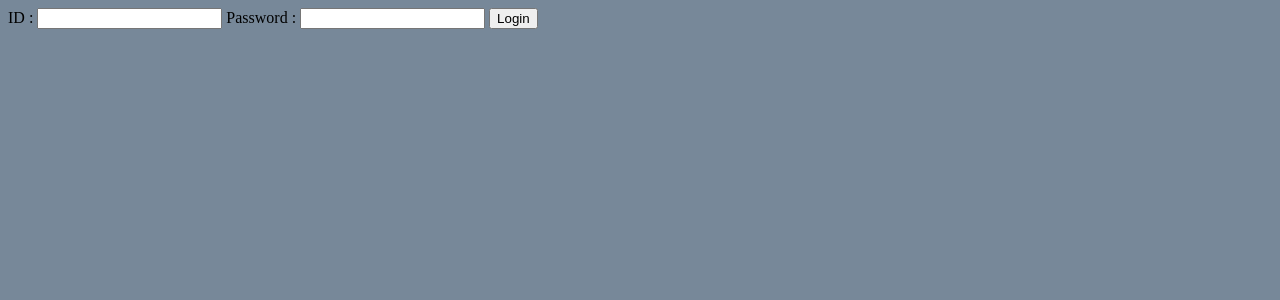
Repository: venkatasanthoshpamuru/Advance_Java_Projects
Page: First_JSP/src/main/webapp/Form.html
The author's editor kept a copy of each file at every save. The page is drawn from the files as they stood at one save, then again after the next save.
The browser window is 1280 px wide. The pictures show the whole page.

Above is the page before, as saved 2024-03-09 06:39:55.

### First_JSP/src/main/webapp/Form.html
<!DOCTYPE html>
<html>
  <head>
    <title>First JSP</title>
  </head>
  <body bgcolor="#789">
    <form method="post" action="">
     <label>ID : </label>
     <input type="text" name="userid" id="userid" required/>
     <label>Password : </label>
     <input type="password" name="password" id="password" required/>
     <button type="submit">Login</button>
    </form>
  </body>
</html>

After the next save:
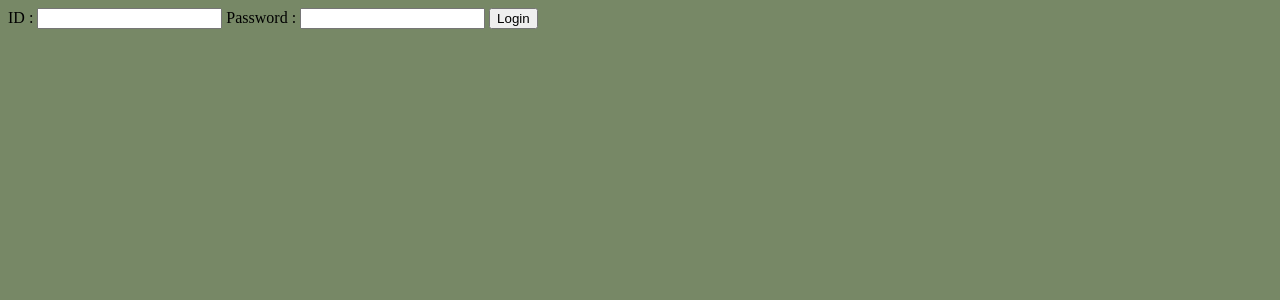
Saved 9 s later.
--- a/First_JSP/src/main/webapp/Form.html
+++ b/First_JSP/src/main/webapp/Form.html
@@ -3,7 +3,7 @@
   <head>
     <title>First JSP</title>
   </head>
-  <body bgcolor="#789">
+  <body bgcolor="#786">
     <form method="post" action="">
      <label>ID : </label>
      <input type="text" name="userid" id="userid" required/>
